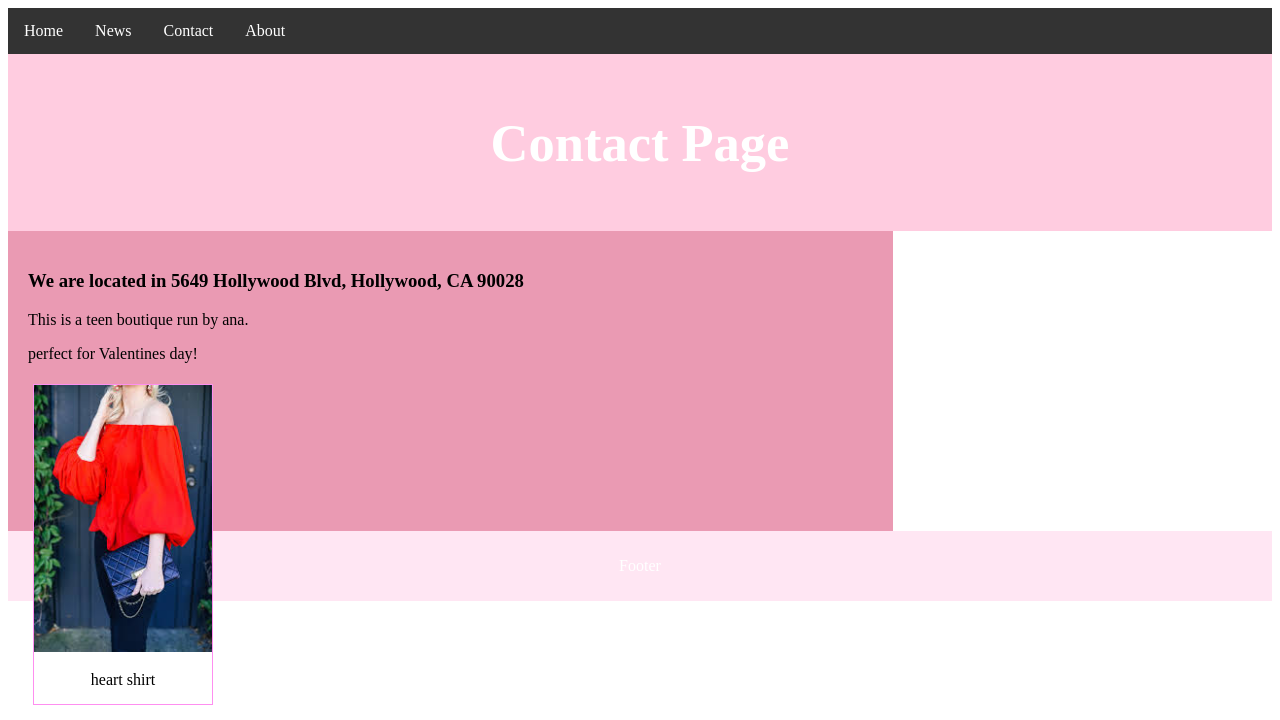
Repository: anavaldovinos/anavaldovinos.github.io
Page: project/contact.html
The author's editor kept a record of every edit. The page is drawn from the files as they stood at one moment, then again after the next edit.
The browser window is 1280 px wide. The pictures show the whole page.

Above is the page before.

### project/contact.html
<!DOCTYPE html>
<html lang="en">
<head>
<title>Contact Page</title>
<meta charset="utf-8">
<meta name="viewport" content="width=device-width, initial-scale=1">
<style>
* {
  box-sizing: border-box;
}



body {
  font-family: Brush Script MT;
}
/* Start of gallery */

div.gallery {
  margin: 5px;
  border: 1px solid #FE8FF0;
  float: left;
  width: 180px;
}

div.gallery:hover {
  border: 1px solid #D48CCC;
}

div.gallery img {
  width: 100%;
  height: auto;
}

div.desc {
  padding: 15px;
  text-align: center;
}
/* end of gallery */



/* Style the header */
header {
  background-color: #ffcce0;
  padding: 15px;
  text-align: center;
  font-size: 35px;
  color: white;

}
/* nav bar */
ul {
  list-style-type: none;
  margin: 0;
  padding: 0;
  overflow: hidden;
  background-color: #333;
}

li {
  float: left;
}

li a {
  display: block;
  color: white;
  text-align: center;
  padding: 14px 16px;
  text-decoration: none;
}

li a:hover {
  background-color:#EE6C94;
}
/* end of nav bar */


article {
  float: left;
  padding: 20px;
  width: 70%;
  background-color: #EA9AB3;
  height: 300px; /* only for demonstration, should be removed */
}

/* Clear floats after the columns */
section:after {
  content: "";
  display: table;
  clear: both;
}

/* Style the footer */
footer {
  background-color:#ffe6f3;
  padding: 10px;
  text-align: center;
  color: white;
}

/* Responsive layout - makes the two columns/boxes stack on top of each other instead of next to each other, on small screens */
@media (max-width: 600px) {
  nav, article {
    width: 100%;
    height: auto;
  }
}
</style>
</head>
<body>

  <ul>
  <li><a class="active" href="home.html">Home</a></li>
  <li><a href="news.html">News</a></li>
  <li><a href="contact.html">Contact</a></li>
  <li><a href="about.html">About</a></li>
</ul>

<header>
  <h2>Contact Page</h2>

</header>

<section>


  <article>
    <h1>We are located in 5649 Hollywood Blvd, Hollywood, CA 90028
   </h1>
    <p>This is a teen boutique run by ana.</p>
    <p>perfect for Valentines day!</p>
    <div class="gallery">



    <img src="shirt.jpg" width="600" height="400">
  <div class="desc">heart shirt</div>
</div>

  </article>



</section>

<footer>
  <p>Footer</p>
</footer>

</body>
</html>

After the next edit:
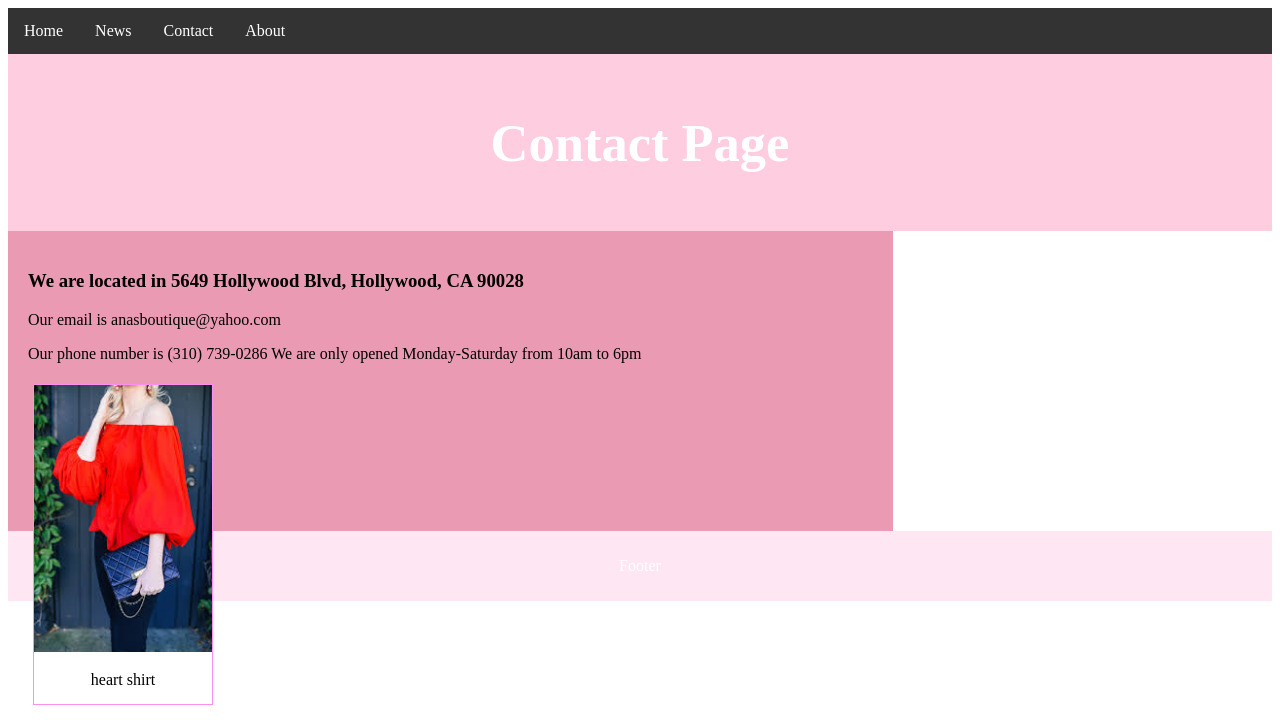
The edit:
--- a/project/contact.html
+++ b/project/contact.html
@@ -128,8 +128,10 @@
   <article>
     <h1>We are located in 5649 Hollywood Blvd, Hollywood, CA 90028
    </h1>
-    <p>This is a teen boutique run by ana.</p>
-    <p>perfect for Valentines day!</p>
+    <p> Our email is anasboutique@yahoo.com</p>
+    <p>Our phone number is (310) 739-0286
+
+    We are only opened Monday-Saturday from 10am to 6pm</p>
     <div class="gallery">
 
 
